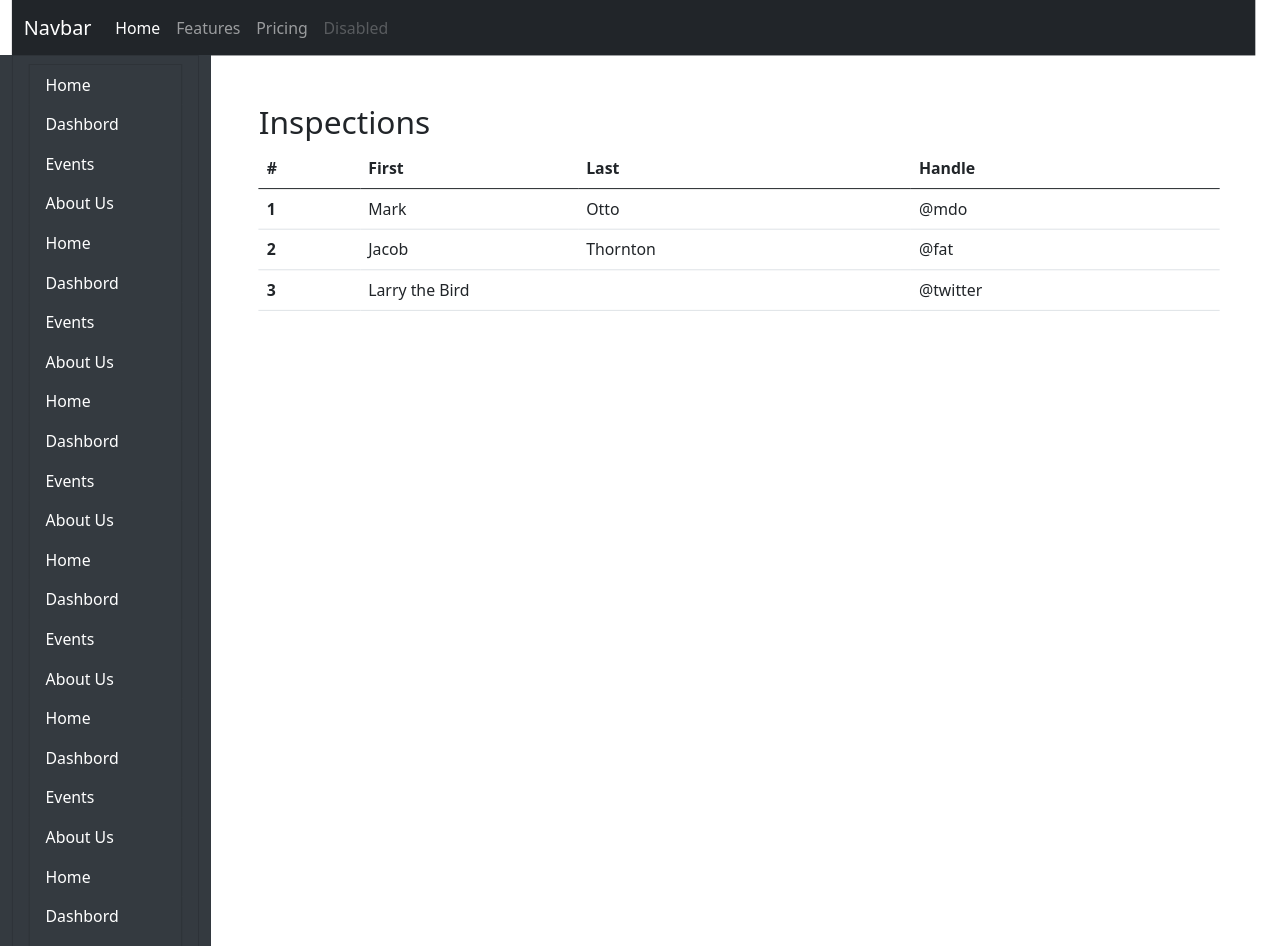
Repository: Dayvid0/BOOTSTRAP-TUTORIALS
Page: BOOTSTRAP-GRID-LAYOUTS/ibmexample.html
An editor plug-in stored every save of this project. The page is shown before and after the next save, followed by the edit.
The browser window is 1280 px wide. The pictures show the whole page, at 99% of full size.

Above is the page before, as saved 2025-01-25 10:10:29.

### BOOTSTRAP-GRID-LAYOUTS/ibmexample.html
<!doctype html>
<html lang="en">
  <head>
    <!-- Required meta tags -->
    <meta charset="utf-8">
    <meta name="viewport" content="width=device-width, initial-scale=1">
    <title>IBM PRACTICE LAYOUT</title>
    <!-- Bootstrap CSS -->
    <link href="https://cdn.jsdelivr.net/npm/bootstrap@5.0.2/dist/css/bootstrap.min.css" rel="stylesheet" integrity="sha384-EVSTQN3/azprG1Anm3QDgpJLIm9Nao0Yz1ztcQTwFspd3yD65VohhpuuCOmLASjC" crossorigin="anonymous">
    <link rel="stylesheet" href="ibm-style.css"
  </head>
  <body>
    <div class="container-fluid">
      <nav class="navbar navbar-expand-lg navbar-dark bg-dark">
        <div class="container-fluid">
          <a class="navbar-brand" href="#">Navbar</a>
          <button class="navbar-toggler" type="button" data-bs-toggle="collapse" data-bs-target="#navbarNav" aria-controls="navbarNav" aria-expanded="false" aria-label="Toggle navigation">
            <span class="navbar-toggler-icon"></span>
          </button>
          <div class="collapse navbar-collapse" id="navbarNav">
            <ul class="navbar-nav">
              <li class="nav-item">
                <a class="nav-link active" aria-current="page" href="#">Home</a>
              </li>
              <li class="nav-item">
                <a class="nav-link" href="#">Features</a>
              </li>
              <li class="nav-item">
                <a class="nav-link" href="#">Pricing</a>
              </li>
              <li class="nav-item">
                <a class="nav-link disabled" href="#" tabindex="-1" aria-disabled="true">Disabled</a>
              </li>
            </ul>
          </div>
        </div>
      </nav>
    </div>
    <div class="container-fluid">
      <div class="row"> <!-- ./row-->
        <div class="col-2 sidebar">
          <ul class="list-group-item">
            <li class="list-group-item list-group-item-dark">Home</li>
            <li class="list-group-item list-group-item-dark">Dashbord</li>
            <li class="list-group-item list-group-item-dark">Events</li>
            <li class="list-group-item list-group-item-dark">About Us</li>
            <li class="list-group-item list-group-item-dark">Home</li>
            <li class="list-group-item list-group-item-dark">Dashbord</li>
            <li class="list-group-item list-group-item-dark">Events</li>
            <li class="list-group-item list-group-item-dark">About Us</li>
            <li class="list-group-item list-group-item-dark">Home</li>
            <li class="list-group-item list-group-item-dark">Dashbord</li>
            <li class="list-group-item list-group-item-dark">Events</li>
            <li class="list-group-item list-group-item-dark">About Us</li>
            <li class="list-group-item list-group-item-dark">Home</li>
            <li class="list-group-item list-group-item-dark">Dashbord</li>
            <li class="list-group-item list-group-item-dark">Events</li>
            <li class="list-group-item list-group-item-dark">About Us</li>
            <li class="list-group-item list-group-item-dark">Home</li>
            <li class="list-group-item list-group-item-dark">Dashbord</li>
            <li class="list-group-item list-group-item-dark">Events</li>
            <li class="list-group-item list-group-item-dark">About Us</li>
            <li class="list-group-item list-group-item-dark">Home</li>
            <li class="list-group-item list-group-item-dark">Dashbord</li>
            <li class="list-group-item list-group-item-dark">Events</li>
            <li class="list-group-item list-group-item-dark">About Us</li>
          </ul>
        </div><!-- ./col-3-->
        <div class=" main-content col-10 p-5">
        <h2>Inspections</h2>
        <table class="table">
          <thead>
            <tr>
              <th scope="col">#</th>
              <th scope="col">First</th>
              <th scope="col">Last</th>
              <th scope="col">Handle</th>
            </tr>
          </thead>
          <tbody>
            <tr>
              <th scope="row">1</th>
              <td>Mark</td>
              <td>Otto</td>
              <td>@mdo</td>
            </tr>
            <tr>
              <th scope="row">2</th>
              <td>Jacob</td>
              <td>Thornton</td>
              <td>@fat</td>
            </tr>
            <tr>
              <th scope="row">3</th>
              <td colspan="2">Larry the Bird</td>
              <td>@twitter</td>
            </tr>
          </tbody>
        </table>
        </div><!-- ./col-9-->
      </div><!-- ./row -->
    </div><!-- ./container-fluid -->
    <script src="https://cdn.jsdelivr.net/npm/bootstrap@5.0.2/dist/js/bootstrap.bundle.min.js" integrity="sha384-MrcW6ZMFYlzcLA8Nl+NtUVF0sA7MsXsP1UyJoMp4YLEuNSfAP+JcXn/tWtIaxVXM" crossorigin="anonymous"></script>
  </body>
</html>

### BOOTSTRAP-GRID-LAYOUTS/ibm-style.css
.sidebar {
  background-color: #343a40;
  max-height: 900px;
  overflow-y: scroll;
}
.list-group-item {
  background-color: transparent;
  color: white;
  border-bottom: 1px grey;
}
.main-content {
  background-color: e9e9e9;
}
.table {
  background-color: white;
}

After the next save:
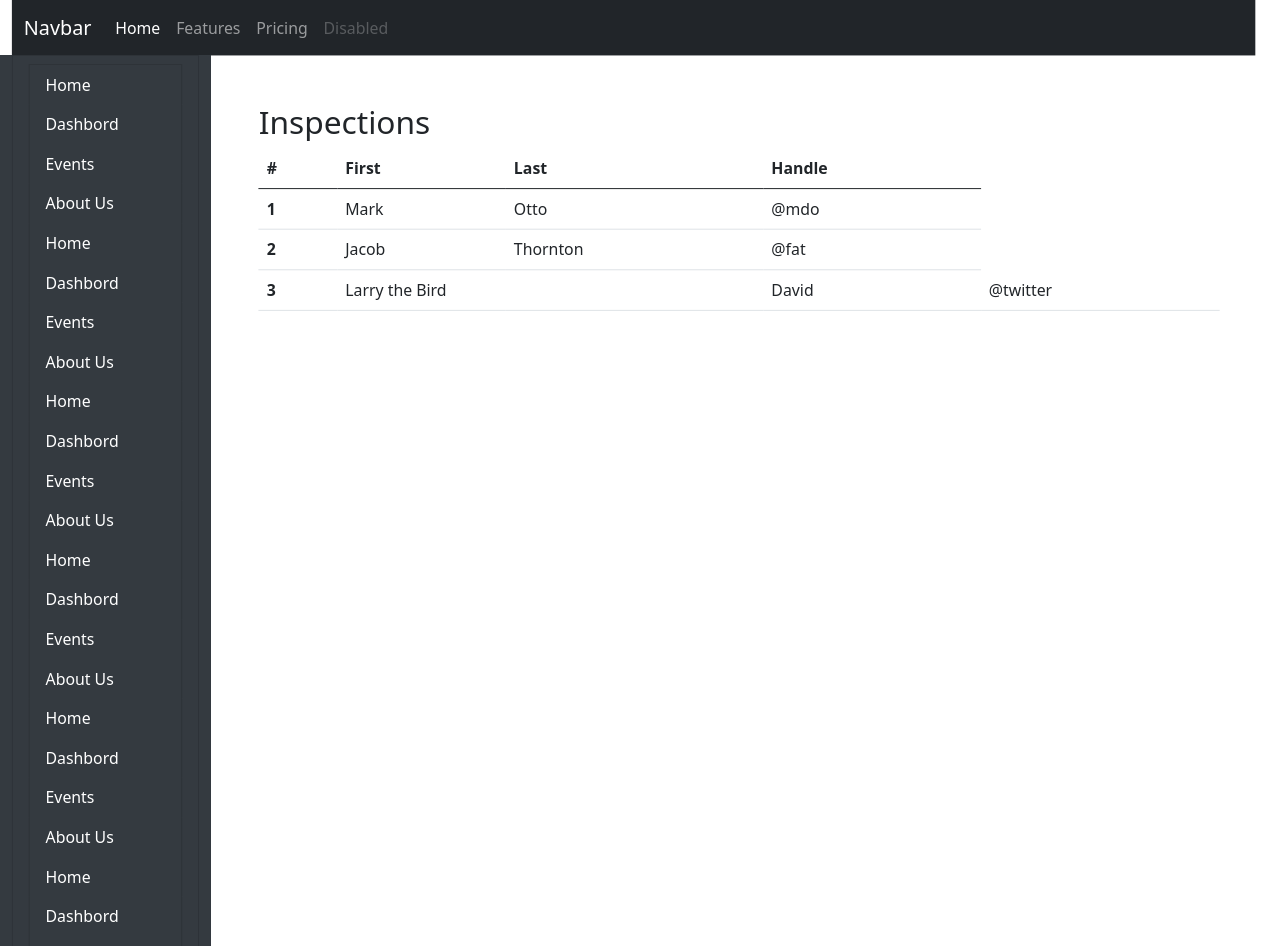
Saved 2 days later.
--- a/BOOTSTRAP-GRID-LAYOUTS/ibmexample.html
+++ b/BOOTSTRAP-GRID-LAYOUTS/ibmexample.html
@@ -93,6 +93,7 @@
             <tr>
               <th scope="row">3</th>
               <td colspan="2">Larry the Bird</td>
+              <td> David</td>
               <td>@twitter</td>
             </tr>
           </tbody>

After the save that followed:
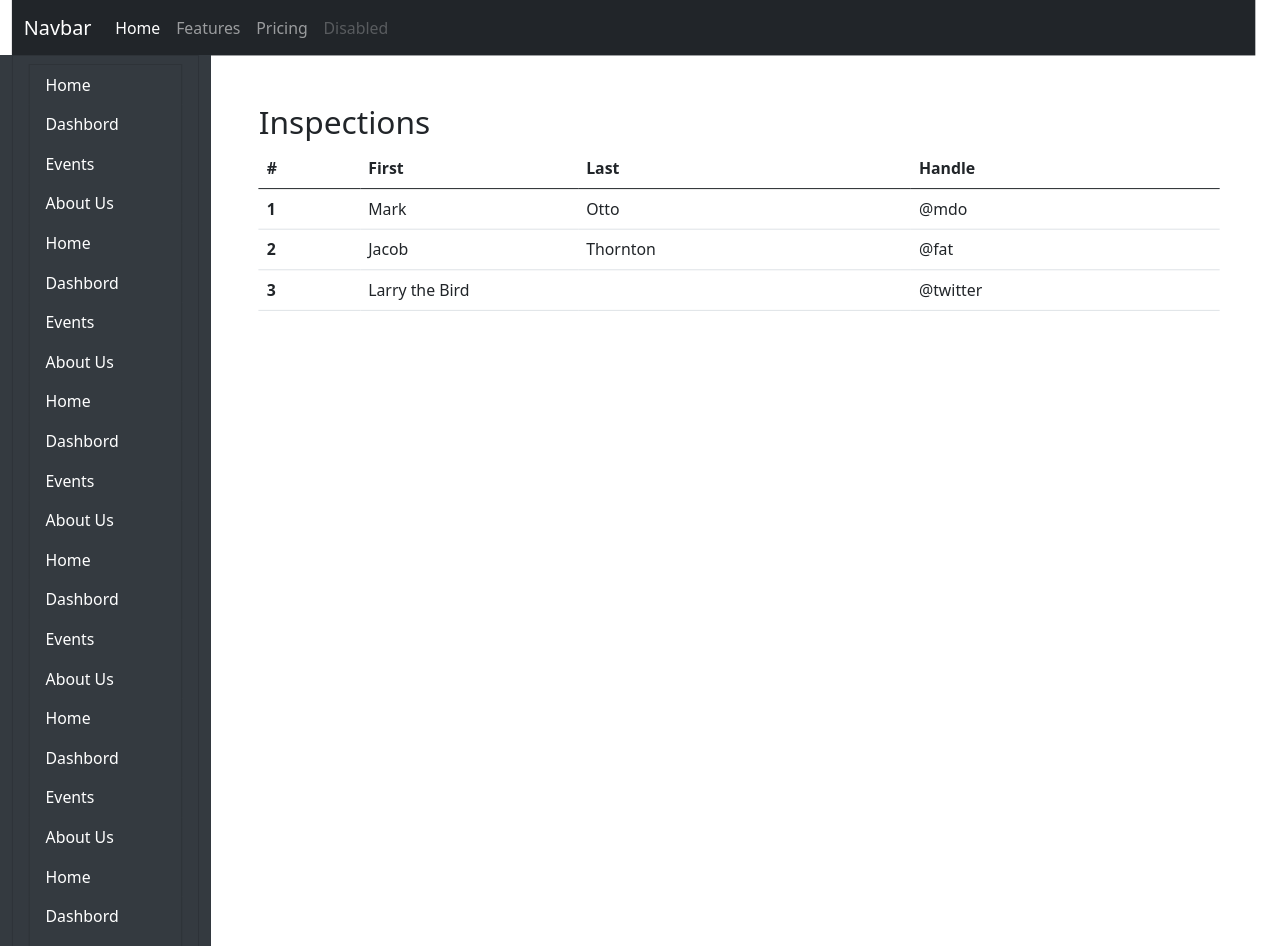
Saved 13 s later.
--- a/BOOTSTRAP-GRID-LAYOUTS/ibmexample.html
+++ b/BOOTSTRAP-GRID-LAYOUTS/ibmexample.html
@@ -93,7 +93,6 @@
             <tr>
               <th scope="row">3</th>
               <td colspan="2">Larry the Bird</td>
-              <td> David</td>
               <td>@twitter</td>
             </tr>
           </tbody>
